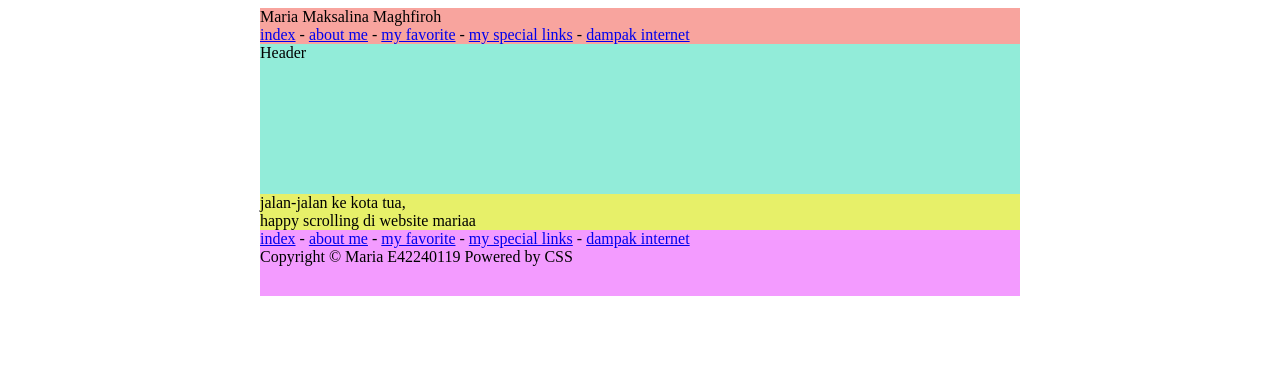
Repository: Bearli-py/latihan_bisdig
Page: index.html
The author's editor kept a copy of each file at every save. The page is drawn from the files as they stood at one save, then again after the next save.
The browser window is 1280 px wide. The pictures show the whole page.

Above is the page before, as saved 2025-09-09 15:27:37.

After the next save:
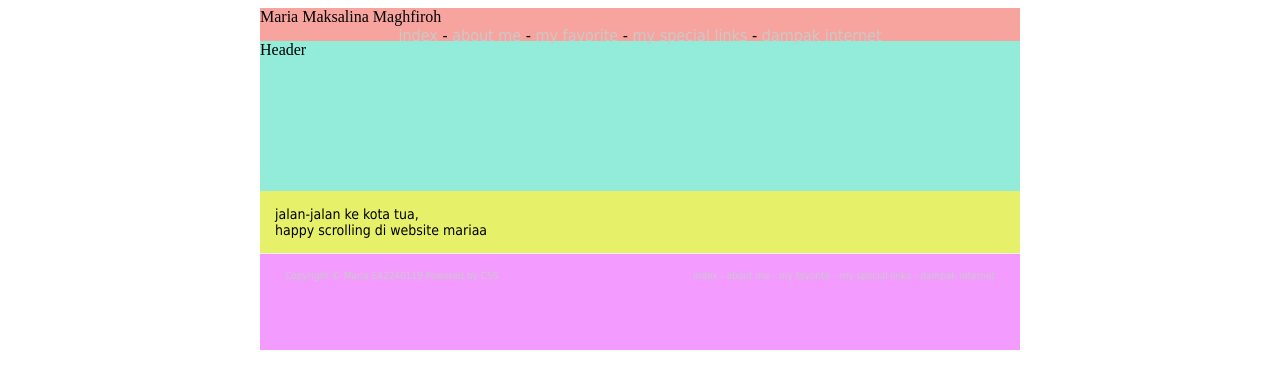
Saved 5 min 11 s later.
--- a/style.css
+++ b/style.css
@@ -5,13 +5,48 @@
     text-align: left;
 }
 #header {
-background: rgb(146, 236, 217);
-height: 150px;
+    background: rgb(146, 236, 217);
+    height: 150px;
 }
 #content {
-background: rgb(231, 240, 105);
+    background: rgb(231, 240, 105);
 }
 #footer {
-background: rgb(243, 155, 255);
-height: 66px;
+    background: rgb(243, 155, 255);
+    height: 66px;
 }
+#main-nav {
+    height: 15px;
+    text-align:center;
+    font-family: Tahoma, Arial, Helvetica, Sans-serif;
+}
+#main-nav a{
+    color: #c9c9c9;
+    text-decoration: none;
+}
+#main-nav a:hover{color: #db6d16;}
+#footer {
+    height: 70px;
+    font-family: Tahoma, Arial, Helvetica, Sans-serif;
+    font-size: 10px;
+    color: #c9c9c9;
+    border-top: 1px solid #efefef;
+    padding: 13px 25px;
+    line-height: 18px;
+}
+#footer a {
+    color: #c9c9c9;
+    text-decoration: none;
+}
+#footer a:hover {
+    color: #db6d16;
+}
+#footer #altnav {
+    width: 350px;
+    float: right;
+    text-align: right;
+}
+#content {
+    font-family:Tahoma, arial, helvetica, sans-serif;
+    font-size:14px;
+    padding: 15px 15px;}
